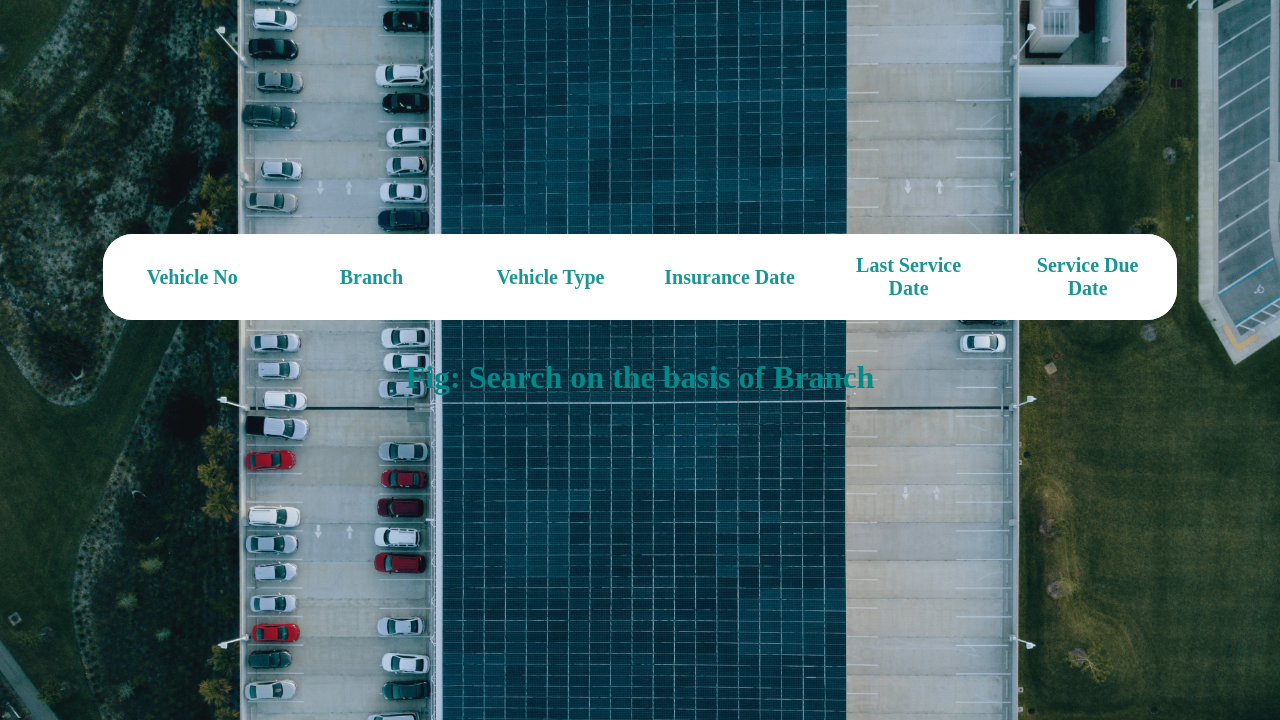
Repository: vaibhavgramni/VehicleSystem
Page: http://localhost/VehicleReservation/SearchBranchData.jsp
An editor plug-in stored every save of this project. The page is shown before and after the next save, followed by the edit.
The browser window is 1280 px wide. The pictures show the whole page.
The page is served by Tomcat 9. Queries for data that is not in the repository find no rows.

Above is the page before, as saved 2019-05-06 09:42:55.

After the next save:
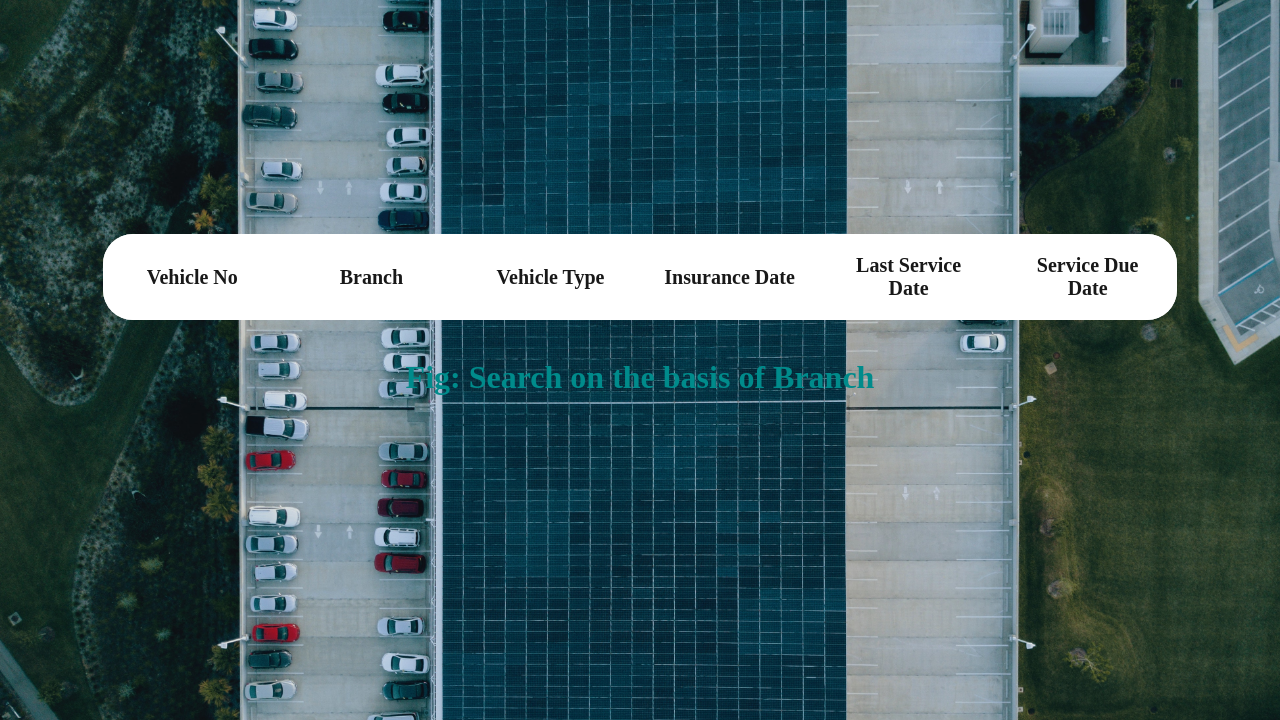
Saved 72 s later.
--- a/VehicleReservation/WebContent/tablebranch.css
+++ b/VehicleReservation/WebContent/tablebranch.css
@@ -22,7 +22,14 @@ table,th,td
     color:darkcyan;
     margin-top: 100px;
 }
-th,td
+th
+{
+	padding: 20px;
+	opacity: 0.9;
+	color: #000;
+}
+
+td
 {
     padding: 20px;
     opacity: 0.9;
